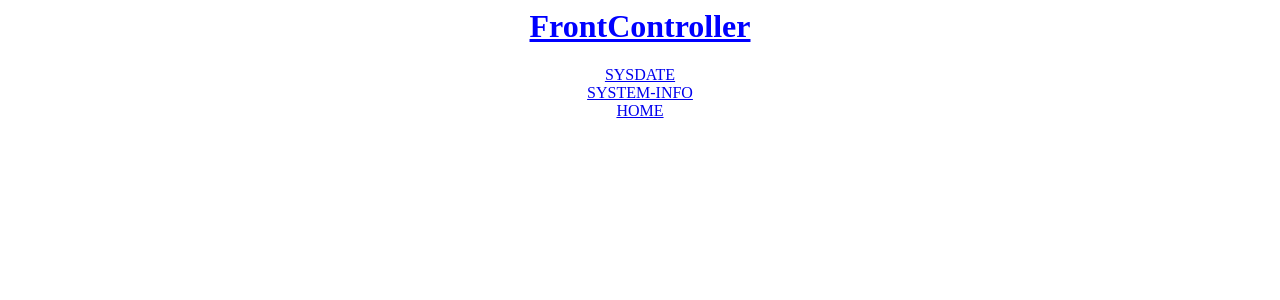
Repository: MDWASIMHAIDER/SpringMvc
Page: Ntsp711/MVC-Proj-1st-FrontController-Handler/WebContent/Index.html
An editor plug-in stored every save of this project. The page is shown before and after the next save, followed by the edit.
The browser window is 1280 px wide. The pictures show the whole page.

Above is the page before, as saved 2019-06-30 11:51:24.

### Ntsp711/MVC-Proj-1st-FrontController-Handler/WebContent/Index.html
<h1 style="color:blue;text-align:center"><u>FrontController</u></h1>
<div align="center">
<a href="SytemDate.jsp">SYSDATE</a><br>
<a href="SystemInfo.jsp">SYSTEM-INFO</a><br>
<a href="Index.html">HOME</a>
</div>

After the next save:
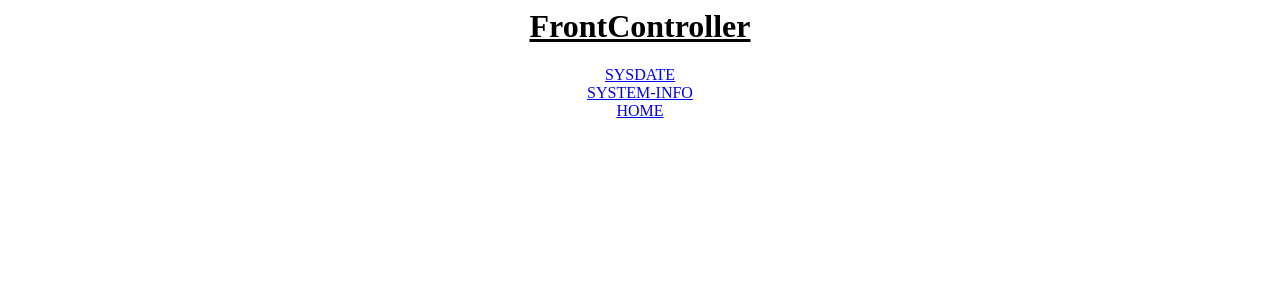
Saved 21 s later.
--- a/Ntsp711/MVC-Proj-1st-FrontController-Handler/WebContent/Index.html
+++ b/Ntsp711/MVC-Proj-1st-FrontController-Handler/WebContent/Index.html
@@ -1,4 +1,4 @@
-<h1 style="color:blue;text-align:center"><u>FrontController</u></h1>
+<h1 style="color:grenn;text-align:center"><u>FrontController</u></h1>
 <div align="center">
 <a href="SytemDate.jsp">SYSDATE</a><br>
 <a href="SystemInfo.jsp">SYSTEM-INFO</a><br>
